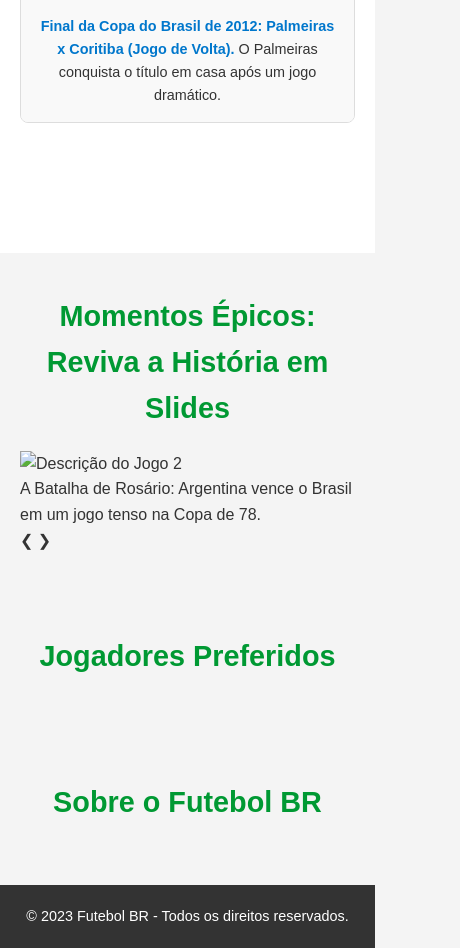
Repository: douglasabnovato/futebol-br
Page: index.html
These files come from the project's save history. The page is drawn as it stood at one moment and after the next save; the edit follows.
The browser window is 375 px wide. The page is 460 px wide, so the pictures cover 460 px, including what lies to the right of the window. The pictures show the part of the page from y = 4421 to 5369 px (the page is 5369 px tall before and 5344 px after).

Above is the page before, as saved 2025-04-13 18:13:09.
Not found: assets/jogos-historicos/jogo1.jpg
Not found: assets/jogos-historicos/jogo10.jpg
Not found: assets/jogos-historicos/jogo2.jpg

### index.html
<!DOCTYPE html>
<html lang="pt-BR">
  <head>
    <meta charset="UTF-8" />
    <meta name="viewport" content="width=device-width, initial-scale=1.0" />
    <title>Futebol BR</title>
    <link rel="stylesheet" href="./style.css" />
  </head>
  <body>
    <header class="main-header">
      <div class="container">
        <h1 class="logo">Futebol BR</h1>
        <nav class="main-nav">
          <ul>
            <li><a href="#hero">Home</a></li>
            <li><a href="#historicos">Meus Jogos Históricos Preferidos</a></li>
            <li><a href="#jogadores">Jogadores Preferidos</a></li>
            <li><a href="#sobre">Sobre</a></li>
          </ul>
        </nav>
      </div>
    </header>

    <main>
      <section id="hero" class="hero">
        <div class="hero-content">
          <h1>O Mundo do Futebol Brasileiro</h1>
          <p>Sua paixão em um só lugar</p>
        </div>
      </section>

      <section id="historicos" class="section">
        <div class="container">
          <h2>Meus Jogos Históricos Preferidos</h2>
          <p class="intro-text">
            A história do futebol brasileiro é rica em momentos mágicos,
            partidas épicas que ecoam na memória dos torcedores e se perpetuam
            através das gerações. Nesta seção especial, embarcaremos em uma
            viagem nostálgica para reviver alguns dos jogos que marcaram minha
            trajetória como apaixonado pelo esporte. São confrontos que
            transcenderam o simples resultado, carregando consigo dramas,
            reviravoltas emocionantes e atuações de gala que definiram épocas e
            consagraram ídolos. Cada partida aqui selecionada possui um
            significado único, seja pela importância do campeonato, pela
            rivalidade acirrada entre os clubes, ou pela beleza plástica dos
            lances que ficaram gravados em nossa retina.
          </p>

          <p class="intro-text">
            Mergulharemos em atmosferas vibrantes de estádios lotados, onde a
            paixão da torcida pulsava em uníssono, impulsionando seus times rumo
            à vitória ou lamentando derrotas amargas. Recordaremos os gritos de
            gol que ecoaram pelos lares brasileiros, as defesas milagrosas que
            desafiaram a lógica, os dribles desconcertantes que incendiaram a
            arquibancada e os passes precisos que culminaram em jogadas
            inesquecíveis. Estes jogos não são apenas lembranças de resultados
            passados, mas sim fragmentos de uma cultura que respira futebol,
            onde cada partida se torna uma narrativa única, repleta de heróis e
            vilões, de alegrias e tristezas compartilhadas.
          </p>

          <p class="intro-text">
            Ao revisitar esses confrontos históricos, a intenção é reacender a
            chama da emoção que o futebol proporciona, especialmente em suas
            manifestações mais grandiosas. É uma oportunidade de apresentar às
            novas gerações a magnitude de eventos que construíram a identidade
            do nosso futebol, mostrando a garra, a técnica e a paixão que sempre
            caracterizaram os craques brasileiros. Para os mais experientes, é
            um convite a uma viagem no tempo, um reencontro com as sensações que
            marcaram suas vidas e fortaleceram seu amor pelo esporte bretão.
          </p>

          <p class="intro-text">
            Prepare-se para reviver momentos inesquecíveis, para sentir
            novamente a adrenalina das disputas acirradas e a euforia das
            conquistas memoráveis. Cada vídeo a seguir é uma janela para um
            capítulo especial da história do futebol brasileiro, uma
            oportunidade de testemunhar a magia que torna este esporte uma
            paixão nacional. Aperte o play e deixe a emoção tomar conta,
            enquanto revisitamos juntos os jogos que se tornaram verdadeiros
            patrimônios da nossa memória esportiva.
          </p>

          <div class="video-container">
            <iframe
              width="560"
              height="315"
              src="https://www.youtube.com/embed/SEUf87cjeTk?si=iT9-Vn4n8-176l-z"
              title="YouTube video player"
              frameborder="0"
              allow="accelerometer; autoplay; clipboard-write; encrypted-media; gyroscope; picture-in-picture; web-share"
              allowfullscreen
            ></iframe>
            <p class="video-description">
              <strong>Final da Copa do Mundo de 1994: Brasil x Itália.</strong>
              A emocionante disputa de pênaltis que consagrou o Brasil
              tetracampeão mundial após 24 anos de espera.
            </p>
          </div>

          <div class="video-container">
            <iframe
              width="560"
              height="315"
              src="https://www.youtube.com/embed/4jYrnWw6X3Y?si=vQGj84vj4-5m6_Fk"
              title="YouTube video player"
              frameborder="0"
              allow="accelerometer; autoplay; clipboard-write; encrypted-media; gyroscope; picture-in-picture; web-share"
              allowfullscreen
            ></iframe>
            <p class="video-description">
              <strong
                >Semifinal da Libertadores de 2011: Santos x Corinthians
                (Ida).</strong
              >
              Um clássico eletrizante com direito a golaço de Neymar e muita
              rivalidade.
            </p>
          </div>

          <div class="video-container">
            <iframe
              width="560"
              height="315"
              src="https://www.youtube.com/embed/ZYk6jx54W0Y?si=b-zB9L7QY-m-6r6v"
              title="YouTube video player"
              frameborder="0"
              allow="accelerometer; autoplay; clipboard-write; encrypted-media; gyroscope; picture-in-picture; web-share"
              allowfullscreen
            ></iframe>
            <p class="video-description">
              <strong
                >Final do Campeonato Brasileiro de 1995: Botafogo x Santos (Jogo
                de Volta).</strong
              >
              O título conquistado pelo Botafogo em um Maracanã lotado após anos
              de jejum.
            </p>
          </div>

          <div class="video-container">
            <iframe
              width="560"
              height="315"
              src="https://www.youtube.com/embed/9a14yq1f_9A?si=mY3R-9C8a6c9v7yR"
              title="YouTube video player"
              frameborder="0"
              allow="accelerometer; autoplay; clipboard-write; encrypted-media; gyroscope; picture-in-picture; web-share"
              allowfullscreen
            ></iframe>
            <p class="video-description">
              <strong
                >Quartas de Final da Copa do Mundo de 2002: Brasil x
                Inglaterra.</strong
              >
              A virada emocionante com o gol de falta magistral de Ronaldinho
              Gaúcho.
            </p>
          </div>

          <div class="video-container">
            <iframe
              width="560"
              height="315"
              src="https://www.youtube.com/embed/x-Xt5j-4mSU?si=i4-6z8b0P-9k7G_p"
              title="YouTube video player"
              frameborder="0"
              allow="accelerometer; autoplay; clipboard-write; encrypted-media; gyroscope; picture-in-picture; web-share"
              allowfullscreen
            ></iframe>
            <p class="video-description">
              <strong
                >Final da Copa do Brasil de 2012: Palmeiras x Coritiba (Jogo de
                Volta).</strong
              >
              O Palmeiras conquista o título em casa após um jogo dramático.
            </p>
          </div>
        </div>
      </section>

      <section id="jogos-historicos-slideshow" class="section">
        <div class="container">
          <h2>Momentos Épicos: Reviva a História em Slides</h2>
          <div class="slideshow-container">
            <div class="slide fade">
              <img
                src="./assets/jogos-historicos/jogo1.jpg"
                alt="Descrição do Jogo 1"
              />
              <div class="caption">
                Final da Copa de 70: Brasil conquista o tricampeonato com Pelé
                brilhando.
              </div>
            </div>

            <div class="slide fade">
              <img
                src="./assets/jogos-historicos/jogo2.jpg"
                alt="Descrição do Jogo 2"
              />
              <div class="caption">
                A Batalha de Rosário: Argentina vence o Brasil em um jogo tenso
                na Copa de 78.
              </div>
            </div>

            <div class="slide fade">
              <img
                src="./assets/jogos-historicos/jogo3.jpg"
                alt="Descrição do Jogo 3"
              />
              <div class="caption">
                O Milagre de Berna: Alemanha derrota a favorita Hungria na final
                da Copa de 54.
              </div>
            </div>

            <div class="slide fade">
              <img
                src="./assets/jogos-historicos/jogo4.jpg"
                alt="Descrição do Jogo 4"
              />
              <div class="caption">
                A Mão de Deus: Maradona marca um gol polêmico contra a
                Inglaterra em 86.
              </div>
            </div>

            <div class="slide fade">
              <img
                src="./assets/jogos-historicos/jogo5.jpg"
                alt="Descrição do Jogo 5"
              />
              <div class="caption">
                O 7 a 1: Alemanha humilha o Brasil em pleno Mineirão na
                semifinal de 2014.
              </div>
            </div>

            <div class="slide fade">
              <img
                src="./assets/jogos-historicos/jogo6.jpg"
                alt="Descrição do Jogo 6"
              />
              <div class="caption">
                A Remontada Histórica: Barcelona reverte um 4 a 0 contra o PSG
                na Champions League.
              </div>
            </div>

            <div class="slide fade">
              <img
                src="./assets/jogos-historicos/jogo7.jpg"
                alt="Descrição do Jogo 7"
              />
              <div class="caption">
                O Gol de Ouro de Bierhoff: Alemanha vence a Euro 96 contra a
                República Tcheca.
              </div>
            </div>

            <div class="slide fade">
              <img
                src="./assets/jogos-historicos/jogo8.jpg"
                alt="Descrição do Jogo 8"
              />
              <div class="caption">
                A Final Épica de 2005: Liverpool busca um empate improvável
                contra o Milan na Champions.
              </div>
            </div>

            <div class="slide fade">
              <img
                src="./assets/jogos-historicos/jogo9.jpg"
                alt="Descrição do Jogo 9"
              />
              <div class="caption">
                O Centenário do Clássico: Um emocionante Palmeiras x Corinthians
                com muitos gols.
              </div>
            </div>

            <div class="slide fade">
              <img
                src="./assets/jogos-historicos/jogo10.jpg"
                alt="Descrição do Jogo 10"
              />
              <div class="caption">
                A Magia de Zico no Maracanã: Um Flamengo x Vasco inesquecível
                nos anos 80.
              </div>
            </div>

            <a class="prev" onclick="plusSlides(-1)">&#10094;</a>
            <a class="next" onclick="plusSlides(1)">&#10095;</a>
          </div>
          <div style="text-align: center">
            <span class="dot" onclick="currentSlide(1)"></span>
            <span class="dot" onclick="currentSlide(2)"></span>
            <span class="dot" onclick="currentSlide(3)"></span>
            <span class="dot" onclick="currentSlide(4)"></span>
            <span class="dot" onclick="currentSlide(5)"></span>
            <span class="dot" onclick="currentSlide(6)"></span>
            <span class="dot" onclick="currentSlide(7)"></span>
            <span class="dot" onclick="currentSlide(8)"></span>
            <span class="dot" onclick="currentSlide(9)"></span>
            <span class="dot" onclick="currentSlide(10)"></span>
          </div>
        </div>
      </section>

      <section id="jogadores" class="section">
        <div class="container">
          <h2>Jogadores Preferidos</h2>
        </div>
      </section>

      <section id="sobre" class="section">
        <div class="container">
          <h2>Sobre o Futebol BR</h2>
        </div>
      </section>
    </main>

    <footer class="main-footer">
      <div class="container">
        <p>&copy; 2023 Futebol BR - Todos os direitos reservados.</p>
      </div>
    </footer>
    <script>
      let slideIndex = 1;
      showSlides(slideIndex);

      function plusSlides(n) {
        showSlides((slideIndex += n));
      }

      function currentSlide(n) {
        showSlides((slideIndex = n));
      }

      function showSlides(n) {
        let i;
        let slides = document.getElementsByClassName("slide");
        let dots = document.getElementsByClassName("dot");
        if (n > slides.length) {
          slideIndex = 1;
        }
        if (n < 1) {
          slideIndex = slides.length;
        }
        for (i = 0; i < slides.length; i++) {
          slides[i].style.display = "none";
        }
        for (i = 0; i < dots.length; i++) {
          dots[i].className = dots[i].className.replace(" active", "");
        }
        slides[slideIndex - 1].style.display = "block";
        dots[slideIndex - 1].className += " active";
      }

      // Opcional: Adicionar transição automática
      setInterval(() => plusSlides(1), 5000); // Troca de slide a cada 5 segundos
    </script>
  </body>
</html>

### style.css
/* Reset básico e box-sizing */
*,
*::before,
*::after {
  box-sizing: border-box;
  margin: 0;
  padding: 0;
}

body {
  font-family: "Montserrat", sans-serif;
  background-color: #f4f4f4; /* Um tom de cinza mais claro */
  color: #333; /* Cor de texto padrão */
  line-height: 1.6;
}

/* Estilos gerais para o container */
.container {
  max-width: 1200px;
  margin: 0 auto;
  padding: 0 20px; /* Espaçamento nas laterais */
}

/* Estilos para o cabeçalho principal */
.main-header {
  background-color: #009933; /* Verde Brasil */
  color: white;
  padding: 20px 0;
}

.main-header .container {
  display: flex;
  justify-content: space-between;
  align-items: center;
}

.logo {
  font-size: 1.5rem;
  margin-bottom: 0;
}

/* Navegação principal */
.main-nav ul {
  list-style: none;
  display: flex;
}

.main-nav ul li {
  margin-left: 20px;
}

.main-nav ul li:first-child {
  margin-left: 0;
}

.main-nav a {
  color: white;
  text-decoration: none;
  padding: 10px;
  border-radius: 5px;
  transition: background-color 0.3s ease;
}

.main-nav a:hover {
  background-color: rgba(255, 255, 255, 0.1);
}

/* Seção Hero */
.hero {
  background-image: url("./assets/campo-futebol-torcida-1.jpg");
  background-size: cover;
  background-position: center;
  height: 400px; /* Altura inicial para mobile */
  display: flex;
  align-items: center;
  justify-content: center;
  color: white;
  text-align: center;
  padding: 20px;
}

.hero-content {
  max-width: 80%;
}

.hero h1 {
  font-size: 2rem;
  margin-bottom: 10px;
}

.hero p {
  font-size: 1.1rem;
}

/* Estilos gerais para as seções de conteúdo */
.section {
  padding: 40px 0;
}

.section h2 {
  font-size: 1.8rem;
  color: #009933;
  margin-bottom: 20px;
  text-align: center;
}

/* Rodapé */
.main-footer {
  background-color: #333;
  color: white;
  text-align: center;
  padding: 20px 0;
  font-size: 0.9rem;
}

.main-footer .container {
  padding: 0 20px;
}
/* Estilos para a seção de históricos */
#historicos {
  background-color: #fff; /* Fundo branco para destacar o conteúdo */
}

#historicos .container {
  padding-top: 60px;
  padding-bottom: 60px;
}

#historicos h2 {
  color: #009933; /* Verde Brasil para o título da seção */
  font-size: 2rem;
  margin-bottom: 30px;
  text-align: center;
}

.intro-text {
  color: #555; /* Cor de texto um pouco mais escura para melhor leitura */
  line-height: 1.7;
  margin-bottom: 25px;
  text-align: justify; /* Justificar o texto para melhor estética em telas maiores */
}

.video-container {
  margin-bottom: 30px;
  border: 1px solid #ddd; /* Borda sutil para os containers de vídeo */
  border-radius: 8px;
  overflow: hidden; /* Garante que o border-radius funcione corretamente com o iframe */
}

.video-container iframe {
  display: block; /* Remove espaçamento extra abaixo do iframe */
  width: 100%; /* Ocupa toda a largura do container */
  aspect-ratio: 16 / 9; /* Mantém a proporção widescreen */
}

.video-description {
  background-color: #f9f9f9; /* Fundo levemente cinza para a descrição */
  color: #333;
  padding: 15px;
  font-size: 0.9rem;
  text-align: center;
}

.video-description strong {
  font-weight: bold;
  color: #0077cc; /* Uma cor para destacar o título do vídeo */
}

/* Responsividade para a seção de históricos */

/* Para telas menores que 600px (smartphones) */
@media (max-width: 599px) {
  #historicos h2 {
    font-size: 1.7rem;
    margin-bottom: 20px;
  }

  .intro-text {
    font-size: 0.95rem;
    margin-bottom: 20px;
    text-align: left; /* Alinhar à esquerda em telas menores para melhor leitura */
  }
}

/* Para telas maiores que 600px (tablets) */
@media (min-width: 600px) and (max-width: 991px) {
  #historicos h2 {
    font-size: 1.9rem;
    margin-bottom: 25px;
  }

  .intro-text {
    font-size: 1rem;
  }
}

/* Para telas maiores que 992px (desktops) - Já definido nos estilos gerais */

/* Responsividade (Mobile First) */

/* Para telas maiores que 600px (tablets) */
@media (min-width: 600px) {
  .hero {
    height: 500px;
  }

  .hero h1 {
    font-size: 3rem;
  }

  .hero p {
    font-size: 1.3rem;
  }

  .section h2 {
    font-size: 2.2rem;
  }
}

/* Para telas maiores que 992px (desktops) */
@media (min-width: 992px) {
  .logo {
    font-size: 2rem;
  }

  .main-nav ul li {
    margin-left: 30px;
  }

  .main-nav a {
    padding: 15px;
  }
}

After the next save:
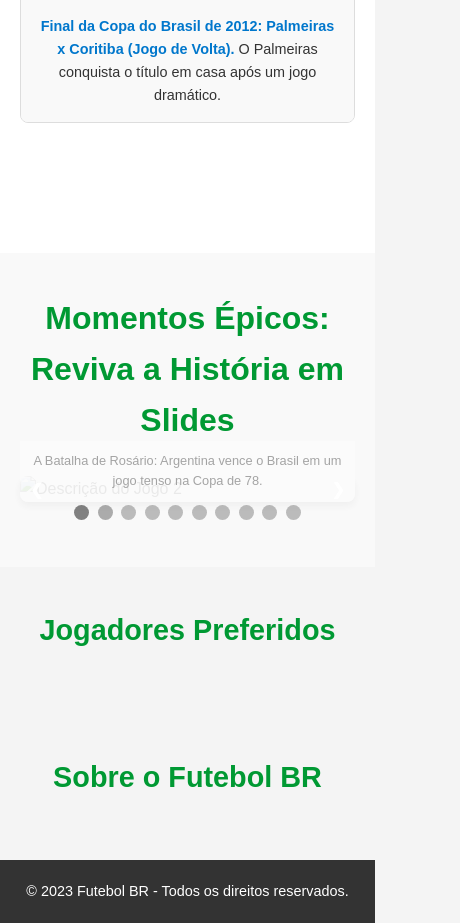
Saved 109 s later.
--- a/style.css
+++ b/style.css
@@ -67,7 +67,7 @@
 
 /* Seção Hero */
 .hero {
-  background-image: url("./assets/campo-futebol-torcida-1.jpg");
+  background-image: url("./assets/hero/campo-futebol-torcida-1.jpg");
   background-size: cover;
   background-position: center;
   height: 400px; /* Altura inicial para mobile */
@@ -196,6 +196,119 @@
 
 /* Para telas maiores que 992px (desktops) - Já definido nos estilos gerais */
 
+/* Estilos para a seção de slideshow de jogos históricos */
+#jogos-historicos-slideshow {
+  background-color: #f9f9f9;
+  padding: 40px 0;
+}
+
+#jogos-historicos-slideshow h2 {
+  color: #009933;
+  font-size: 2rem;
+  margin-bottom: 30px;
+  text-align: center;
+}
+
+.slideshow-container {
+  max-width: 800px;
+  position: relative;
+  margin: auto;
+}
+
+.slide {
+  display: none; /* Esconde todos os slides por padrão */
+}
+
+.slide img {
+  width: 100%;
+  display: block;
+  border-radius: 8px;
+  box-shadow: 0 4px 8px rgba(0, 0, 0, 0.1);
+}
+
+.caption {
+  color: #333;
+  font-size: 0.9rem;
+  padding: 15px;
+  text-align: center;
+  position: absolute;
+  bottom: 0;
+  width: 100%;
+  background-color: rgba(255, 255, 255, 0.8);
+  border-bottom-left-radius: 8px;
+  border-bottom-right-radius: 8px;
+}
+
+/* Botões de Próximo e Anterior */
+.prev, .next {
+  cursor: pointer;
+  position: absolute;
+  top: 50%;
+  width: auto;
+  padding: 16px;
+  margin-top: -22px;
+  color: white;
+  font-weight: bold;
+  font-size: 1.5rem;
+  transition: 0.6s ease;
+  border-radius: 0 3px 3px 0;
+  user-select: none;
+}
+
+.next {
+  right: 0;
+  border-radius: 3px 0 0 3px;
+}
+
+.prev:hover, .next:hover {
+  background-color: rgba(0,0,0,0.8);
+}
+
+/* Indicadores (bolinhas) */
+.dot-container {
+  text-align: center;
+  margin-top: 20px;
+}
+
+.dot {
+  cursor: pointer;
+  height: 15px;
+  width: 15px;
+  margin: 0 2px;
+  background-color: #bbb;
+  border-radius: 50%;
+  display: inline-block;
+  transition: background-color 0.6s ease;
+}
+
+.active, .dot:hover {
+  background-color: #717171;
+}
+
+/* Animação de Fade */
+.fade {
+  animation-name: fade;
+  animation-duration: 1.5s;
+}
+
+@keyframes fade {
+  from {opacity: .4}
+  to {opacity: 1}
+}
+
+/* Responsividade */
+@media (max-width: 600px) {
+  .prev, .next {
+      font-size: 1rem;
+      padding: 10px;
+  }
+
+  .caption {
+      font-size: 0.8rem;
+      padding: 10px;
+  }
+}
+
 /* Responsividade (Mobile First) */
 
 /* Para telas maiores que 600px (tablets) */
